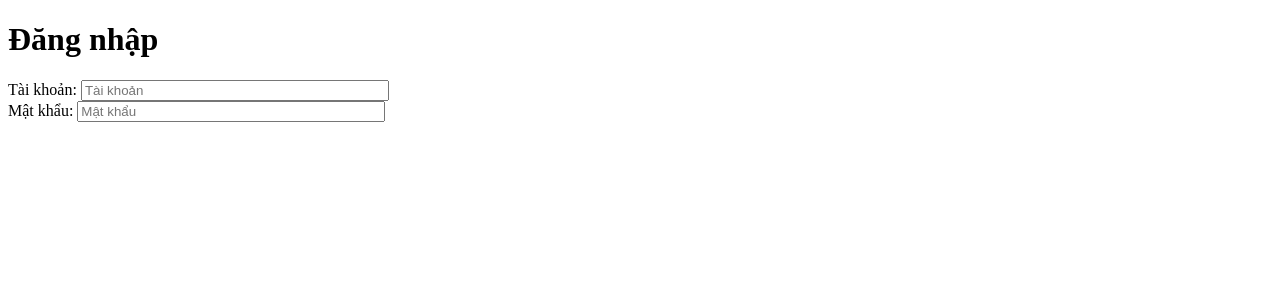
Repository: NguyenNTPH17778/document
Page: http://localhost/Assignment_Java4/views/admin/QTKH.jsp
These files come from the project's save history. The page is drawn as it stood at one moment and after the next save; the edit follows.
The browser window is 1280 px wide. The pictures show the whole page.
The page is served by Tomcat 9.

Above is the page before, as saved 2022-03-29 17:09:53.

After the next save:
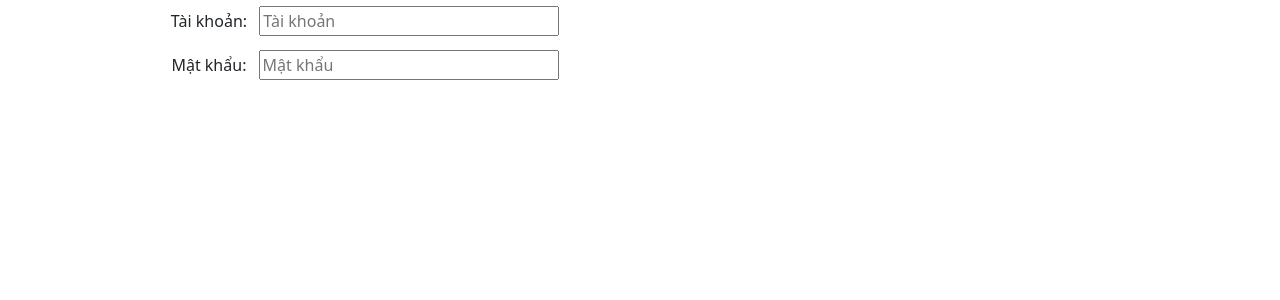
Saved 3 min 50 s later.
--- a/Assignment_Java4/src/main/webapp/views/admin/QTKH.jsp
+++ b/Assignment_Java4/src/main/webapp/views/admin/QTKH.jsp
@@ -1,14 +1,19 @@
 <%@ page language="java" contentType="text/html; charset=UTF-8"
     pageEncoding="UTF-8"%>
+<!DOCTYPE html>
+<html lang="en">
+<head>
+    <meta charset="UTF-8">
+    <meta http-equiv="X-UA-Compatible" content="IE=edge">
+    <meta name="viewport" content="width=device-width, initial-scale=1.0">
+    <title>Quản trị Khách Hàng</title>
+    <link rel="stylesheet" href="css/bootstrap.min.css">
+</head>
+<style>
 
-<!DOCTYPE html>
-<html>
-<head>
-<meta charset="UTF-8">
-<title>Đăng nhập</title>
-	<h1 class="text-center p-4">Đăng nhập</h1>
-	<form action="/ASMtuehvph13476/users/Login" method="POST">
-	<div class="col-4">
+</style>
+<body class="container">
+
 
 	</div>
 		<div class="border border-white col-lg-6 rounded  col-8 ">
@@ -24,3 +29,10 @@
 		</div>
 
 	</form>
+
+
+    <script src="js/jquery.min.js"> </script>
+    <script src="js/popper.min.js"> </script>
+    <script src="js/bootstrap.min.js"> </script>
+</body>
+</html>
